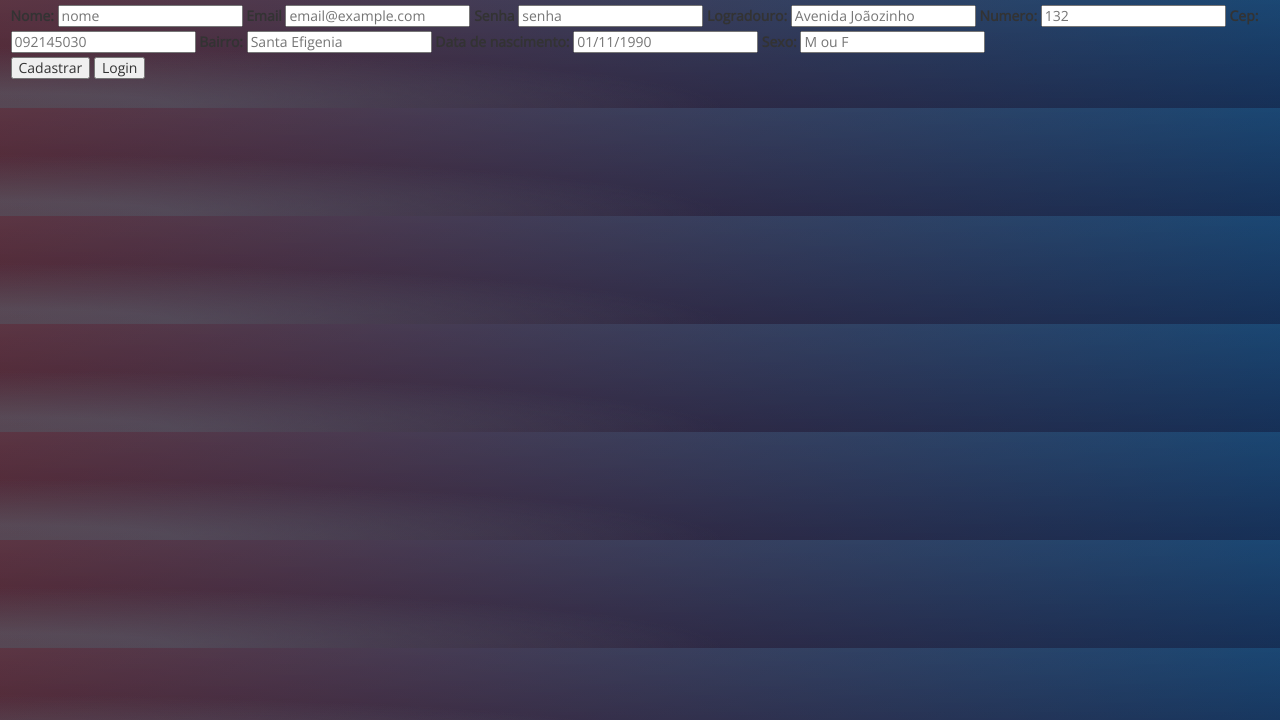
Repository: moises2112/Projetos
Page: http://localhost/Dog/cadastrar.jsp
These files come from the project's save history. The page is drawn as it stood at one moment and after the next save; the edit follows.
The browser window is 1280 px wide. The pictures show the whole page.
Some web libraries are served in a nearby version. The page is served by Tomcat 9.

Above is the page before, as saved 2017-06-10 22:02:54.

After the next save:
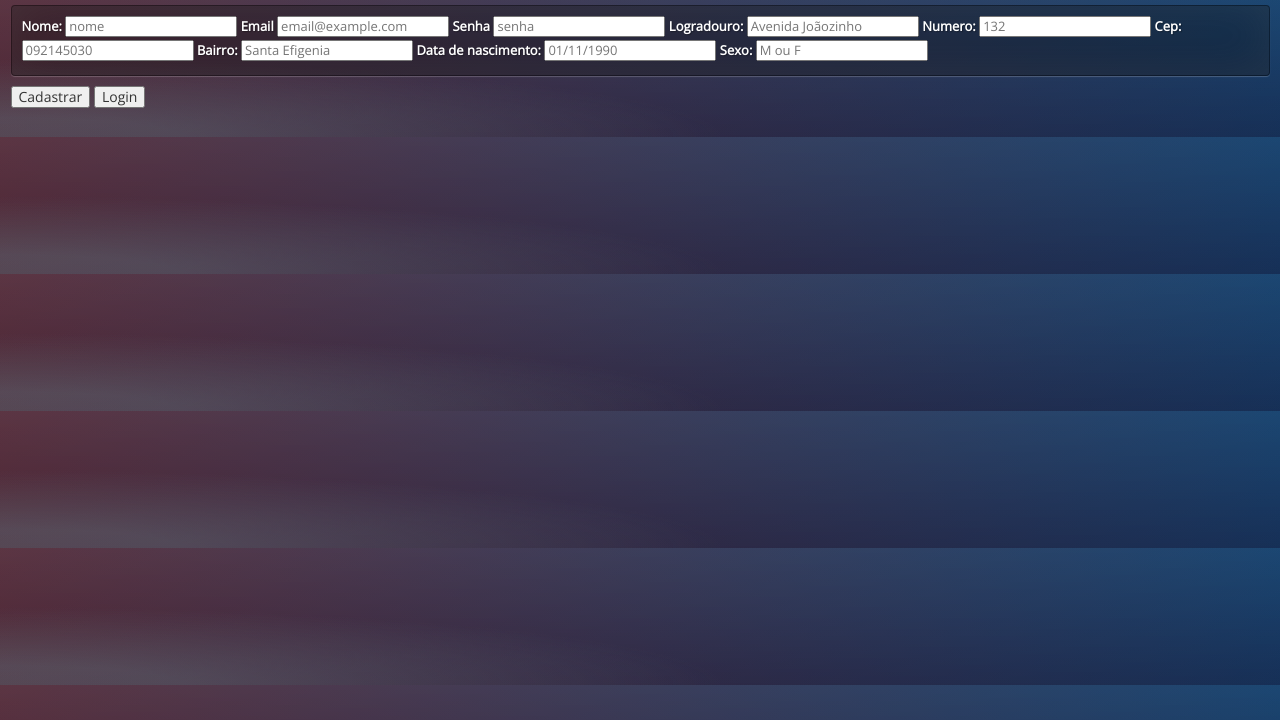
Saved 32 s later.
--- a/Dog/WebContent/cadastrar.jsp
+++ b/Dog/WebContent/cadastrar.jsp
@@ -96,7 +96,7 @@ input:focus {
 	<form action="UsuarioController.do?action=inserir" method="post">
 		<fieldset>
 
-			<div>
+			<div class="campos">
 				<label for="nome">Nome:</label> <input type="text" name="nome"
 					placeholder="nome" /> <label for="email">Email</label> <input
 					type="text" name="email" placeholder="email@example.com" /> <label
